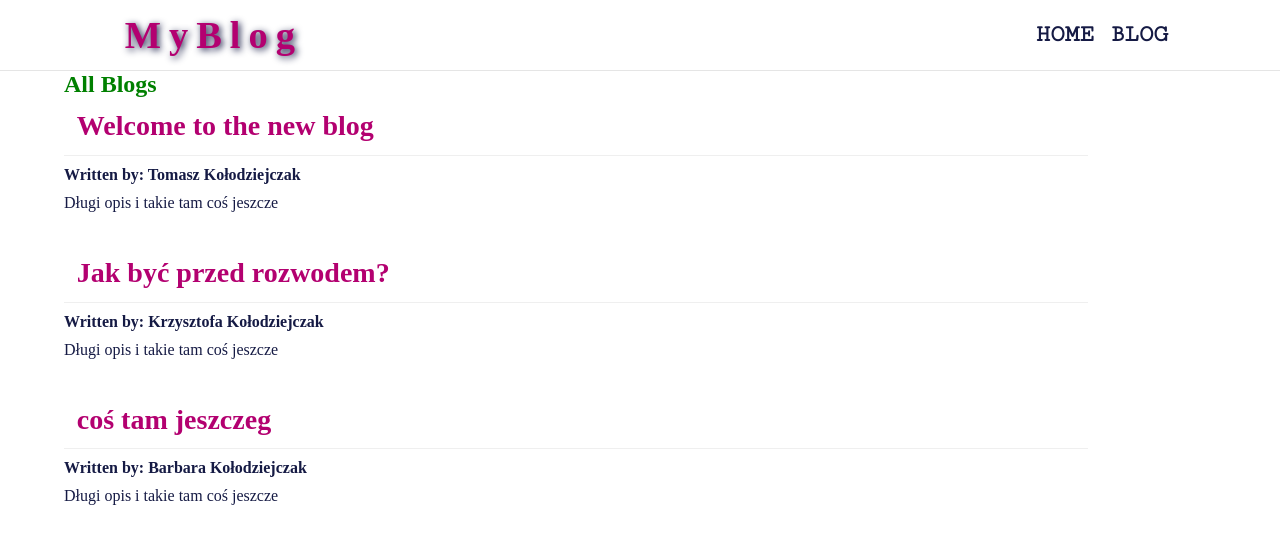
Repository: KrzysKolo/myBlog
Page: /
These files come from the project's save history. The page is drawn as it stood at one moment and after the next save; the edit follows.
The browser window is 1280 px wide. The pictures show the whole page.
Some web fonts or font styles are not loaded; a fallback is used. The project was rebuilt for these pictures with package versions that can differ from the ones it lists, and the page was loaded fresh each time. Requests to the local data server were answered from the project's data file. Also part of the build but not shown: src/pages/Blog/Blog.css, src/pages/Blog/Blog.js, src/pages/BlogNote/BlogNote.css, src/pages/BlogNote/BlogNote.js.

Above is the page before, as saved 2021-04-27 10:46:41.

### src/App.js
import React from 'react';
import { BrowserRouter as Router, Switch, Route } from 'react-router-dom';
import { Home, Blog, BlogNote } from './pages';
import { Header } from './components';

import './App.css';

const App = () => {
  return (
    <Router>
      <main className="App">
        <Header />
        <Switch>
          <Route path="/" exact component={Home} />
          <Route path="/blog" exact component={Blog} />
          <Route path="/note/:id" exact component={BlogNote} />
        </Switch>
      </main>
    </Router>
  )
}

export default App;

### src/pages/index.js
export { default as Home } from './Home/Home';
export { default as Blog } from './Blog/Blog';
export { default as BlogNote } from './BlogNote/BlogNote';

### src/components/index.js
export { default as Header } from './Header/Header';
export { default as Navigation } from './Navigation/Navigation';

### src/App.css
@import url("https://fonts.googleapis.com/css2?family=Barrio&family=Cutive+Mono&family=Meddon&family=Princess+Sofia&family=Snowburst+One&display=swap");
* {
  box-sizing: border-box;
  margin: 0;
  padding: 0;
}
.wrapper {
  width: 90vw;
  margin: 0 auto;
  display: flex;
  flex-direction: row;
  justify-content: space-between;
  align-items: center;
}

### src/pages/Home/Home.js
import React, {useState, useEffect} from 'react';
import BlogList from '../../components/BlogList/BlogList';
import './Home.css';

const Home = () => {
	const[blogs, setBlogs] = useState(null);

	const blog = 'http://localhost:4000/posts';

	useEffect(() => {
		fetch(blog)
		.then(res =>{
			return res.json()
		})
		.then(data => {
			console.log(data);
			setBlogs(data);
		})
	}, []);

	return (
      <main className="Home">
        <section className="wrapper">
     			{blogs && <BlogList blogs={blogs} title="All Blogs"  /> }
        </section>
      </main>
    )
}

export default Home

### src/components/Header/Header.js
import React from 'react';
import Navigation from '../Navigation/Navigation';
import './Header.css';

const Header = () => {
    return (
        <header >
          <section className="wrapper" >
            <Navigation />
          </section>
        </header>
    )
}

export default Header;

### src/components/Navigation/Navigation.js
import React from 'react';
import { Link } from 'react-router-dom';
import dataMenu from './dataMenu';

import './Navigation.css';

const Navigation = () => {
    const menu = dataMenu.map(item => <Link key={item.path} to={item.path} exact={item.exact ? item.exact : false} className="link">{item.name}</Link>)
    return (
        <nav>
        	<h1>MyBlog</h1>
          <ul>
            {menu}
          </ul>
        </nav>
    )
}

export default Navigation;

### src/components/BlogList/BlogList.js
import React from 'react';
import './BlogList.css';

const BlogList = ({ blogs, title}) => {
    const blogItem = blogs.map(blog => (
        <div className="blog-preview" key={blog.id}>
            <h3>{blog.title}</h3>
            <h4>Written by: {blog.author}</h4>
            <p>{blog.body}</p>

        </div>
    ));
    return (
        <div>
            <h2>{title}</h2>
            {blogItem}
        </div>
    )
}

export default BlogList;

### src/pages/Home/Home.css
.Home {
  color: green;
}

### src/components/Header/Header.css
header {
  border-bottom: 1px solid #e5e5e5;
}

### src/components/Navigation/dataMenu.js
const dataMenu=[
    { name: 'Home', path: "/", exact: true },
    { name: 'Blog', path: "/blog"},
/*     { name: 'NoteBlog', path: "/contact"},
    { name: 'Posts', path: "/posts" }, */
];
export default dataMenu;

### src/components/Navigation/Navigation.css
@import url("https://fonts.googleapis.com/css2?family=Barrio&family=Cutive+Mono&family=Meddon&family=Princess+Sofia&family=Snowburst+One&display=swap");

/* font-family: 'Barrio', cursive;
font-family: 'Cutive Mono', monospace;
font-family: 'Meddon', cursive;
font-family: 'Princess Sofia', cursive;
font-family: 'Snowburst One', cursive; */

nav {
  display: flex;
  flex-direction: row;
  justify-content: space-between;
  align-items: center;
  width: 100%;
}

nav h1 {
  color: #b30070;
  font-family: "Princess Sofia", cursive;
  font-size: 2.4rem;
  letter-spacing: 8px;
  margin-left: 3rem;
  padding: 0.8rem;
  text-shadow: 2px 2px 7px #151a44;
}

nav ul {
  font-family: "Cutive Mono", monospace;
  font-size: 1.5rem;
  text-transform: uppercase;
  margin-right: 3rem;
}
.link {
  font-weight: 600;
  margin-left: 1rem;
  text-decoration: none;
  color: #151a44;
  transition: all 0.3s ease-in-out;
}
.link:hover {
  color: #b30070;
}

### src/components/BlogList/BlogList.css
.blog-preview {
  /* border: 2px solid red; */
  border-radius: 20px;
  width: 80vw;
  margin-bottom: 2rem;
  font-family: "Princess Sofia", cursive;
  color: #151a44;
}
.blog-preview h3 {
  font-size: 1.75rem;
  color: #b30070;
  padding: 0.8rem;
  border-bottom: 1px solid #efefef;
}
.blog-preview h4 {
  font-family: "Times New Roman", Times, serif;
  padding: 10px 0;
}

### db.json
{
  "posts": [
    {
      "id": 1,
      "title": "Welcome to the new blog",
      "body": "Długi opis i takie tam coś jeszcze",
      "author": "Tomasz Kołodziejczak",
      "likes": 30
    },
    {
      "id": 2,
      "title": "Jak być przed rozwodem?",
      "body": "Długi opis i takie tam coś jeszcze",
      "author": "Krzysztofa Kołodziejczak",
      "likes": 30
    },
    {
      "id": 3,
      "title": "coś tam jeszczeg",
      "body": "Długi opis i takie tam coś jeszcze",
      "author": "Barbara Kołodziejczak",
      "likes": 5
    }
  ]
}

Loaded but not shown: public/index.html (common file); src/index.js (common file)

After the next save:
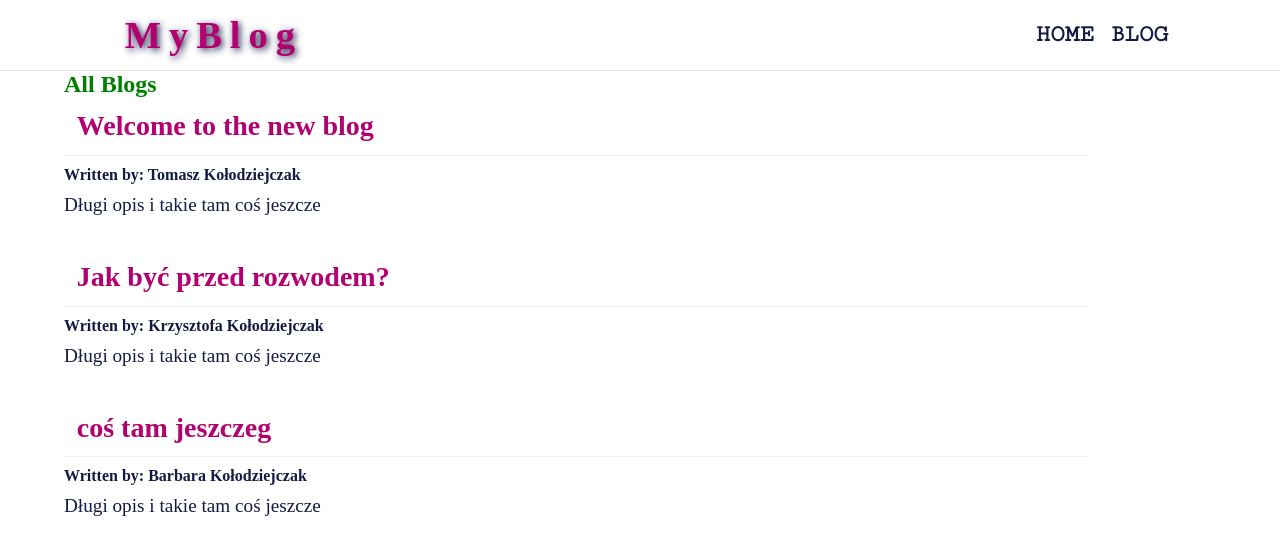
Saved 36 s later.
--- a/src/components/BlogList/BlogList.css
+++ b/src/components/BlogList/BlogList.css
@@ -16,3 +16,6 @@
   font-family: "Times New Roman", Times, serif;
   padding: 10px 0;
 }
+.blog-preview p {
+  font-size: 1.2rem;
+}
